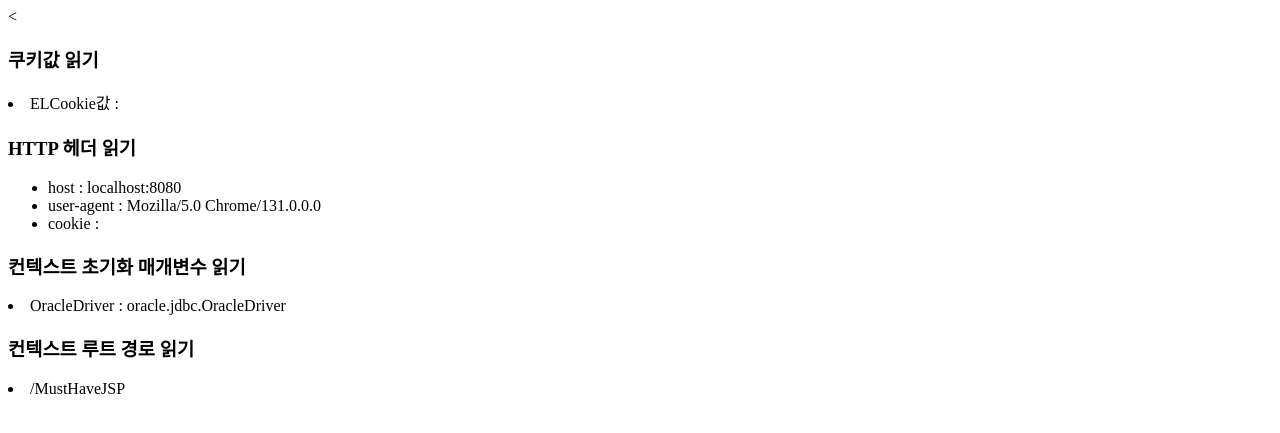
Repository: jungwoonAn/jsp_basic
Page: http://localhost/MustHaveJSP/10_EL/OtherImplicitObj.jsp
These files come from the project's save history. The page is drawn as it stood at one moment and after the next save; the edit follows.
The browser window is 1280 px wide. The pictures show the whole page.
The page is served by Tomcat 10. Other server files are loaded and not shown.

Above is the page before, as saved 2024-10-24 06:42:35.

### MustHaveJSP/src/main/webapp/10_EL/OtherImplicitObj.jsp
<%@ page import="utils.CookieManager"%>
<%@ page language="java" contentType="text/html; charset=UTF-8"
    pageEncoding="UTF-8"%>
<%
CookieManager.makeCookie(response, "ELCookie", "EL좋아요", 10);
%>
<<!DOCTYPE html>
<html>
<head>
<meta charset="UTF-8">
<title>표현 언어(EL) - 그 외 내장 객체</title>
</head>
<body>
    <h3>쿠키값 읽기</h3>
    <li>ELCookie값 : ${ cookie.ELCookie.value }</li>

    <h3>HTTP 헤더 읽기</h3>
    <ul>
        <li>host : ${ header.host }</li>
        <li>user-agent : ${ header['user-agent'] }</li>
        <li>cookie : ${ header.cookie }</li>
    </ul>

    <h3>컨텍스트 초기화 매개변수 읽기</h3>
    <li>OracleDriver : ${ initParam.OracleDriver }</li>

    <h3>컨텍스트 루트 경로 읽기</h3>
    <li>${ pageContext.request.contextPath }</li>
</body>
</html>

### MustHaveJSP/src/main/java/utils/CookieManager.java
package utils;

import jakarta.servlet.http.Cookie;
import jakarta.servlet.http.HttpServletRequest;
import jakarta.servlet.http.HttpServletResponse;

public class CookieManager {
	// 명시한 이름, 값, 유지 기간 조건으로 새로운 쿠키 생성
	public static void makeCookie(HttpServletResponse response, String cName, String cValue, int cTime) {
		Cookie cookie = new Cookie(cName, cValue);  // 쿠키 생성
		cookie.setPath("/");  // 경로 설정
		cookie.setMaxAge(cTime);  // 유지 기간 설정
		response.addCookie(cookie);  // 응답 객체에 추가
	}

	// 명시한 이름의 쿠키를 찾아 그 값을 반환
	public static String readCookie(HttpServletRequest request, String cName) {
		String cookieValue="";  // 반환 값

		Cookie[] cookies = request.getCookies();
		if(cookies != null) {
			for(Cookie c : cookies) {
				if(c.getName().equals(cName)) {
					cookieValue = c.getValue();  // 반환 값 변경
				}
			}
		}

		return cookieValue;
	}

	// 명시한 이름의 쿠키 삭제
	public static void deleteCookie(HttpServletResponse response, String cName) {
		makeCookie(response, cName, "", 0);
	}
}

After the next save:
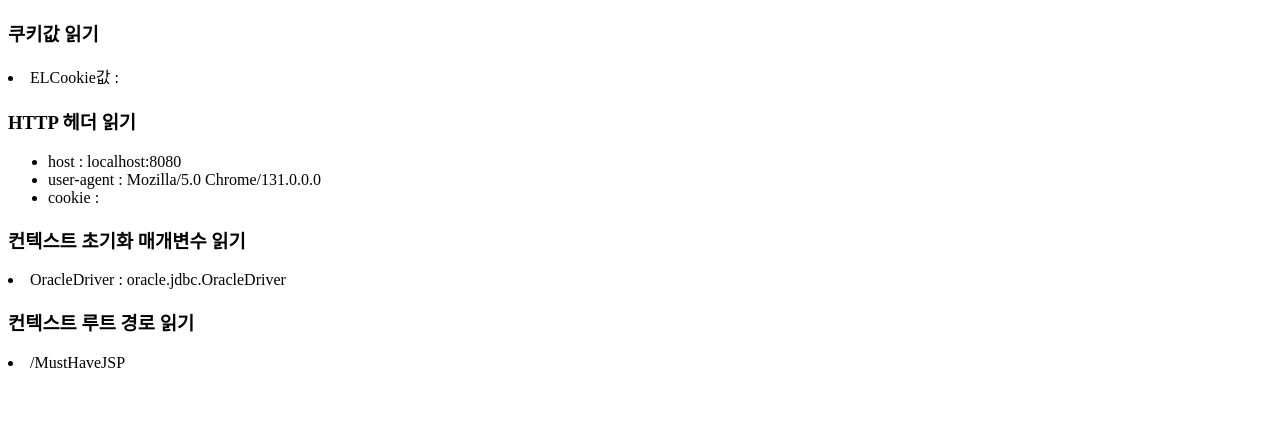
Saved 81 s later.
--- a/MustHaveJSP/src/main/webapp/10_EL/OtherImplicitObj.jsp
+++ b/MustHaveJSP/src/main/webapp/10_EL/OtherImplicitObj.jsp
@@ -4,7 +4,7 @@
 <%
 CookieManager.makeCookie(response, "ELCookie", "EL좋아요", 10);
 %>
-<<!DOCTYPE html>
+<!DOCTYPE html>
 <html>
 <head>
 <meta charset="UTF-8">
